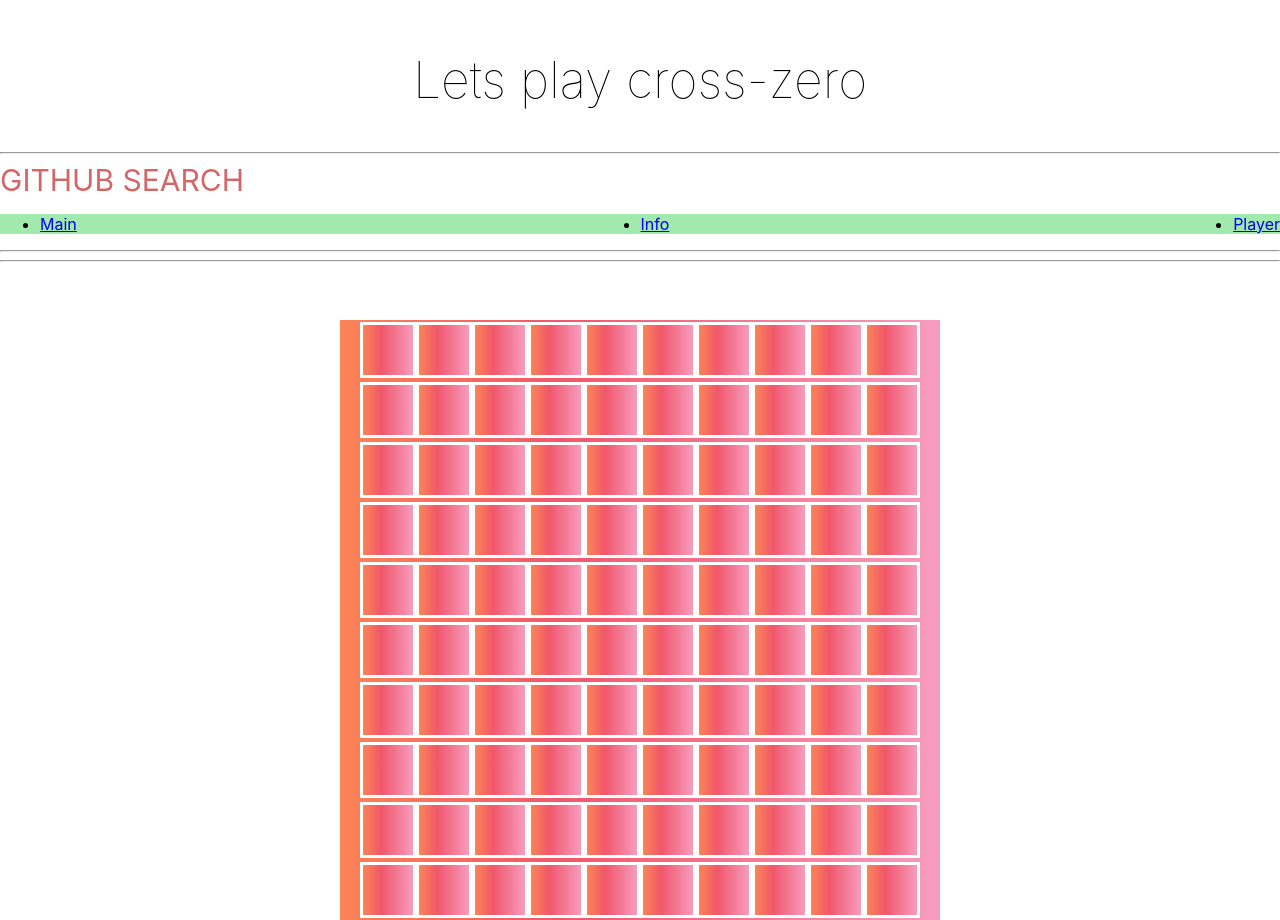
Repository: PGVlasov/cross-zero-game
Page: /
These files come from the project's save history. The page is drawn as it stood at one moment and after the next save; the edit follows.
The browser window is 1280 px wide. The pictures show the whole page.
The project was rebuilt for these pictures with package versions that can differ from the ones it lists, and the page was loaded fresh each time. Also part of the build but not shown: webpack.config.js.

Above is the page before, as saved 2020-12-01 13:48:50.

### src/App.js
import { BrowserRouter, Switch, Route } from "react-router-dom";
import Field1 from "./Containers/Field/Field1";
import { Header } from "./Containers/Header/Header";
import { Navbar } from "./Containers/Navbar/Navbar";

function App() {
  return (
    <div>
      <BrowserRouter>
        <Header />
        <hr />
        <Navbar />
        <hr />
        <hr />
        <Field1 />
      </BrowserRouter>
    </div>
  );
}

export default App;

### src/Containers/Field/Field1.js
import React from "react";
import classes from "./Field1.module.css";
let move = 0;

class Field1 extends React.Component {
  constructor(props) {
    super(props);
    this.myRef = React.createRef();

    this.onSetValue = this.onSetValue.bind(this);
  }

  onSetValue(event) {
    if (move % 2 === 0) {
      event.target.innerHTML = "X";
    } else {
      event.target.innerHTML = "0";
    }
    move++;

    if (event.target.innerHTML !== "") {
      alert("Поле затято");
    }
    // console.log(event);
    // console.log(event.target.innerHTML);
  }

  //   onSetZero() {}

  render() {
    return (
      <div className={classes.conteiner}>
        <div
          className={classes.area}
          ref={this.myRef}
          onClick={this.onSetValue}
        >
          <div className={classes.table}></div>
          <div className={classes.table}></div>
          <div className={classes.table}></div>
          <div className={classes.table}></div>
          <div className={classes.table}></div>
          <div className={classes.table}></div>
          <div className={classes.table}></div>
          <div className={classes.table}></div>
          <div className={classes.table}></div>
          <div className={classes.table}></div>
          <div className={classes.table}></div>
          <div className={classes.table}></div>
          <div className={classes.table}></div>
          <div className={classes.table}></div>
          <div className={classes.table}></div>
          <div className={classes.table}></div>
          <div className={classes.table}></div>
          <div className={classes.table}></div>
          <div className={classes.table}></div>
          <div className={classes.table}></div>
          <div className={classes.table}></div>
          <div className={classes.table}></div>
          <div className={classes.table}></div>
          <div className={classes.table}></div>
          <div className={classes.table}></div>
          <div className={classes.table}></div>
          <div className={classes.table}></div>
          <div className={classes.table}></div>
          <div className={classes.table}></div>
          <div className={classes.table}></div>
          <div className={classes.table}></div>
          <div className={classes.table}></div>
          <div className={classes.table}></div>
          <div className={classes.table}></div>
          <div className={classes.table}></div>
          <div className={classes.table}></div>
          <div className={classes.table}></div>
          <div className={classes.table}></div>
          <div className={classes.table}></div>
          <div className={classes.table}></div>
          <div className={classes.table}></div>
          <div className={classes.table}></div>
          <div className={classes.table}></div>
          <div className={classes.table}></div>
          <div className={classes.table}></div>
          <div className={classes.table}></div>
          <div className={classes.table}></div>
          <div className={classes.table}></div>
          <div className={classes.table}></div>
          <div className={classes.table}></div>
          <div className={classes.table}></div>
          <div className={classes.table}></div>
          <div className={classes.table}></div>
          <div className={classes.table}></div>
          <div className={classes.table}></div>
          <div className={classes.table}></div>
          <div className={classes.table}></div>
          <div className={classes.table}></div>
          <div className={classes.table}></div>
          <div className={classes.table}></div>
          <div className={classes.table}></div>
          <div className={classes.table}></div>
          <div className={classes.table}></div>
          <div className={classes.table}></div>
          <div className={classes.table}></div>
          <div className={classes.table}></div>
          <div className={classes.table}></div>
          <div className={classes.table}></div>
          <div className={classes.table}></div>
          <div className={classes.table}></div>
          <div className={classes.table}></div>
          <div className={classes.table}></div>
          <div className={classes.table}></div>
          <div className={classes.table}></div>
          <div className={classes.table}></div>
          <div className={classes.table}></div>
          <div className={classes.table}></div>
          <div className={classes.table}></div>
          <div className={classes.table}></div>
          <div className={classes.table}></div>
          <div className={classes.table}></div>
          <div className={classes.table}></div>
          <div className={classes.table}></div>
          <div className={classes.table}></div>
          <div className={classes.table}></div>
          <div className={classes.table}></div>
          <div className={classes.table}></div>
          <div className={classes.table}></div>
          <div className={classes.table}></div>
          <div className={classes.table}></div>
          <div className={classes.table}></div>
          <div className={classes.table}></div>
          <div className={classes.table}></div>
          <div className={classes.table}></div>
          <div className={classes.table}></div>
          <div className={classes.table}></div>
          <div className={classes.table}></div>
          <div className={classes.table}></div>
          <div className={classes.table}></div>
          <div className={classes.table}></div>
        </div>
      </div>
    );
  }
}

export default Field1;

### src/Containers/Header/Header.js
import classes from "./Header.module.css";
import React from "react";

export const Header = () => {
  return (
    <div>
      <h2 className={classes.Header}>Lets play cross-zero</h2>
    </div>
  );
};

### src/Containers/Navbar/Navbar.js
import React from "react";
import { NavLink } from "react-router-dom";
import classes from "./navbar.module.css";

export const Navbar = () => (
  <nav className="navbar">
    <div className={classes.navbarHeader}>GITHUB SEARCH</div>
    <ul className={classes.navbar}>
      <li className="nav-item">
        <NavLink exact to="/" className="nav-link">
          Main
        </NavLink>
      </li>
      <li className="nav-item">
        <NavLink to="/about" className="nav-link">
          Info
        </NavLink>
      </li>
      <li className="nav-item">
        <NavLink to="/about" className="nav-link">
          Player
        </NavLink>
      </li>
    </ul>
  </nav>
);

### src/Containers/Field/Field1.module.css
.area {
  width: 600px;
  height: 600px;
  max-width: 600 px;
  display: flex;
  justify-content: center;
  margin-top: 50px;
  font-size: 500;
  background: linear-gradient(90deg, #fb8355 0%, #f0576c 37%, #f79cbd 100%);
  align-items: center;
  flex-wrap: wrap;
}

.table {
  display: flex;
  width: 50px;
  height: 50px;
  font-size: 500;
  border: white 3px solid;
  background: linear-gradient(90deg, #fb8355 0%, #f0576c 37%, #f79cbd 100%);
  font-size: 45px;
  color: whitesmoke;
  justify-content: center;
  align-items: center;
}

.conteiner {
  display: flex;
  justify-content: center;
}

.btn {
  font-size: 40px;
  color: whitesmoke;
}

### src/Containers/Header/Header.module.css
.Header {
  display: flex;
  justify-content: center;
  margin-top: 50px;
  font-size: 50px;
  font-weight: 100;
}

### src/Containers/Navbar/navbar.module.css
.navbar {
  display: flex;
  justify-content: space-between;
  background: rgb(162, 233, 173);
}

.navbarHeader {
  font-size: 30px;
  color: rgb(211, 102, 102);
}

Loaded but not shown: public/index.html (common file); src/index.js (common file); src/index.css (common file); src/reportWebVitals.js (common file)

After the next save:
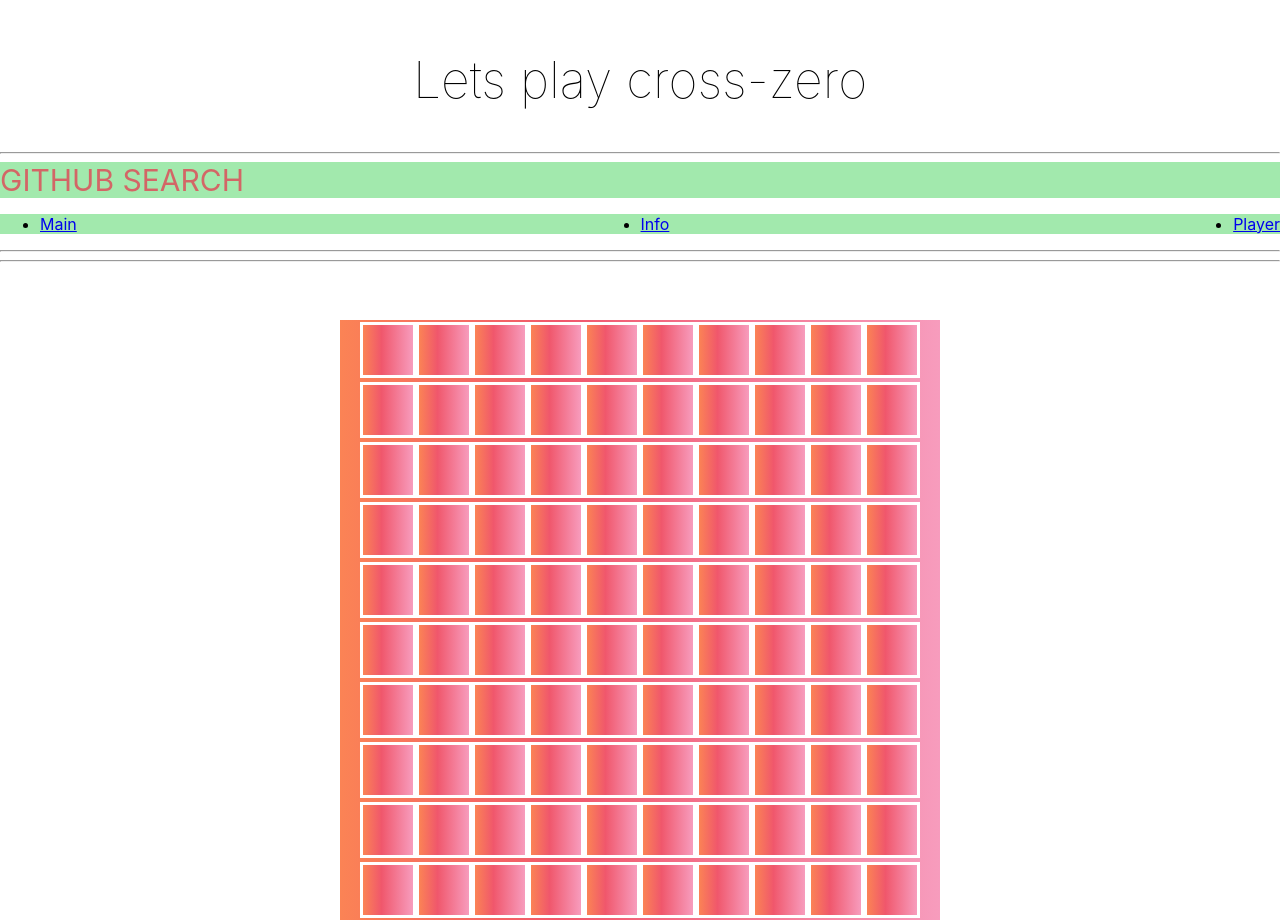
Saved 115 s later.
--- a/src/Containers/Navbar/navbar.module.css
+++ b/src/Containers/Navbar/navbar.module.css
@@ -7,4 +7,5 @@
 .navbarHeader {
   font-size: 30px;
   color: rgb(211, 102, 102);
+  background: rgb(162, 233, 173);
 }
